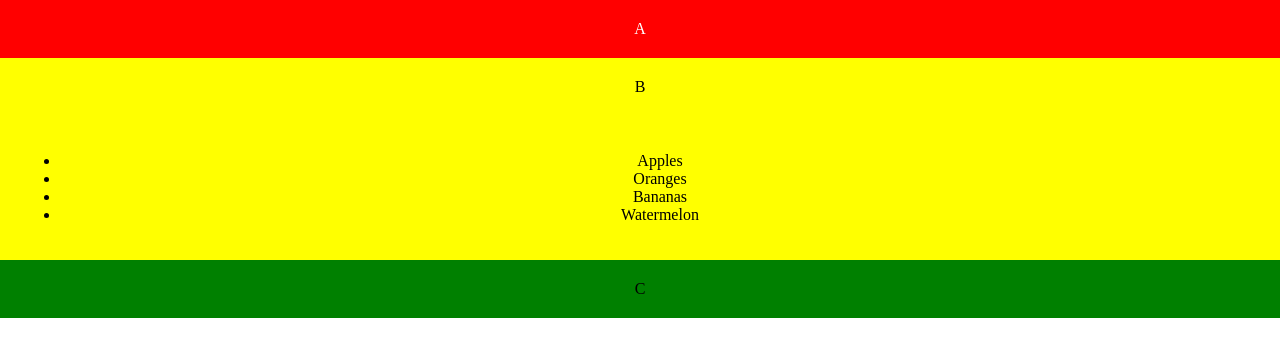
Repository: zdsherlock/Test-for-js
Page: index.html
An editor plug-in stored every save of this project. The page is shown before and after the next save, followed by the edit.
The browser window is 1280 px wide. The pictures show the whole page.

Above is the page before, as saved 2021-03-28 15:28:46.

After the next save:
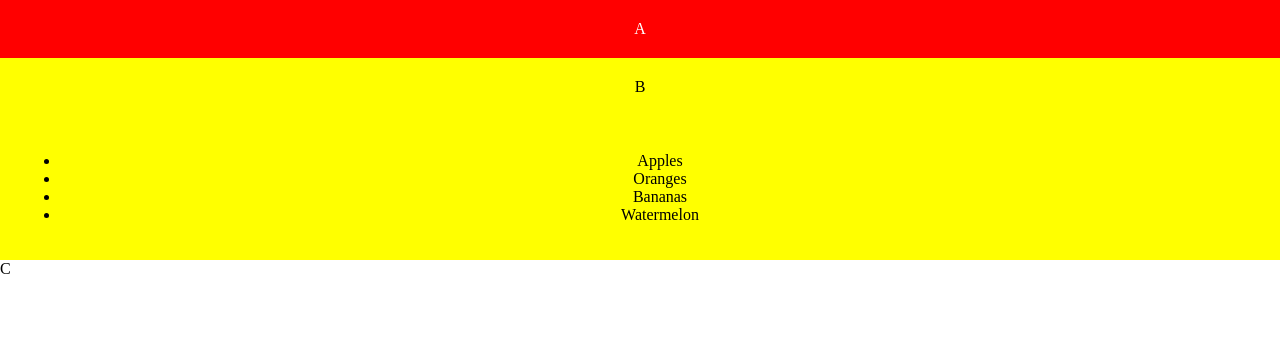
Saved 49 s later.
--- a/css/style.css
+++ b/css/style.css
@@ -16,6 +16,8 @@
     text-align:  center;
 }
 
+section ul li:
+
 footer  {
     background-color: green;
     padding:  20px;

After the 2 saves that followed:
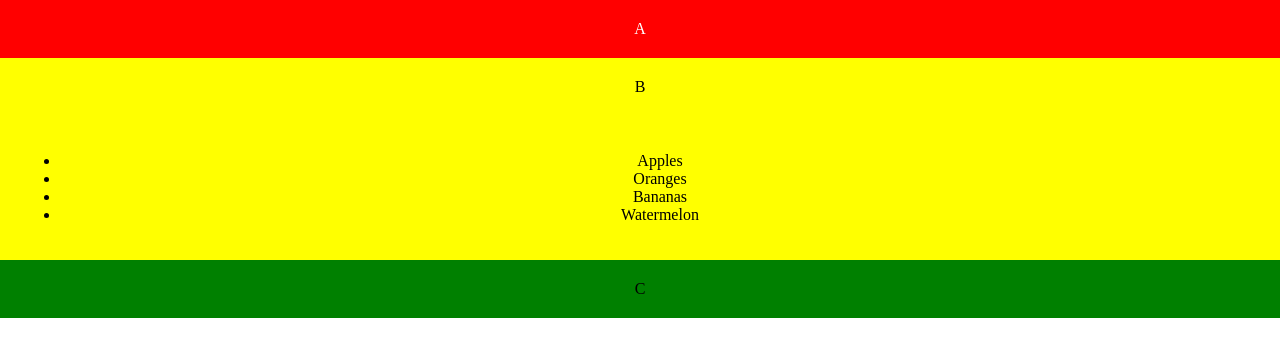
The 2 saves are shown as one change because they came seconds apart.
The last was saved 57 s later.
--- a/css/style.css
+++ b/css/style.css
@@ -16,7 +16,9 @@
     text-align:  center;
 }
 
-section ul li:
+section ul li:third-child{
+
+}
 
 footer  {
     background-color: green;
